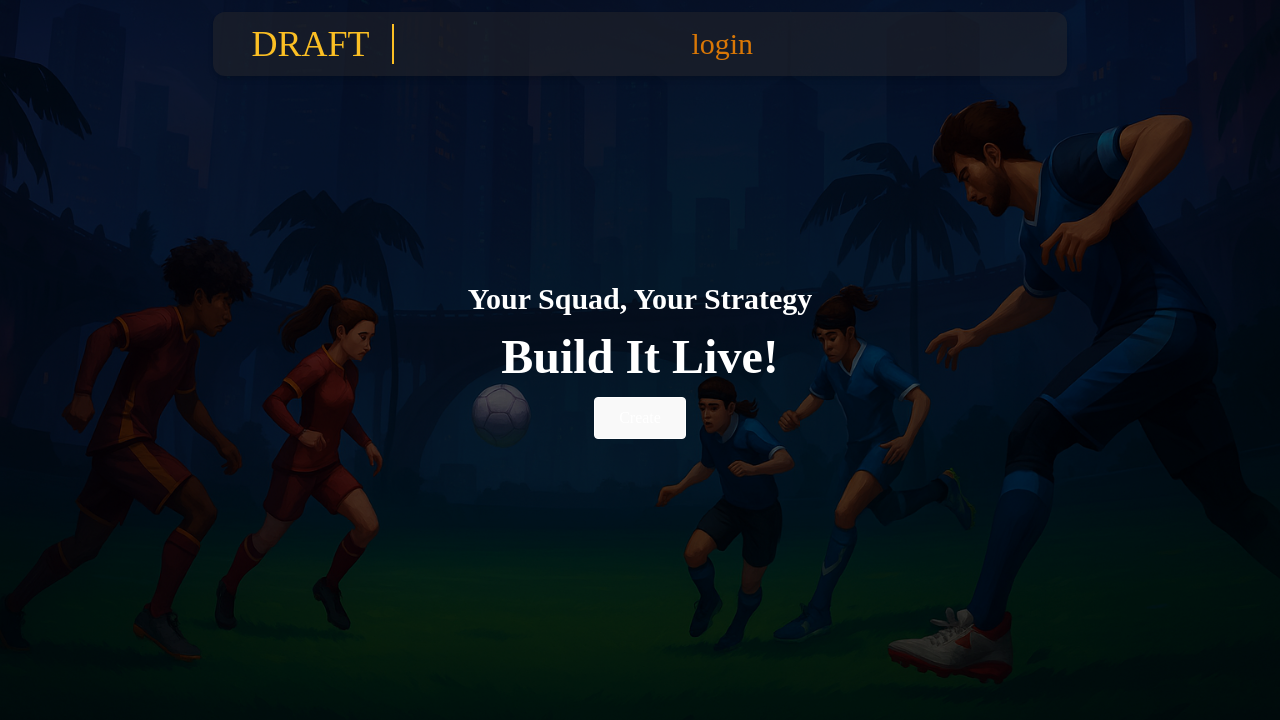
Repository: MehediMim/LeagueCrafter--Online-Auction-Platform-Project
Page: / (app in my-app/)
An editor plug-in stored every save of this project. The page is shown before and after the next save, followed by the edit.
The browser window is 1280 px wide. The pictures show the whole page.
Some web fonts or font styles are not loaded; a fallback is used. The project was rebuilt for these pictures with package versions that can differ from the ones it lists, and the page was loaded fresh each time. Also part of the build but not shown: my-app/vite.config.js, my-app/src/pages/Dashboard.jsx, my-app/src/pages/Login.jsx.

Above is the page before, as saved 2025-05-25 02:23:40.

### my-app/src/main.jsx
import { StrictMode } from 'react'
import { createRoot } from 'react-dom/client'
import React from 'react';
import ReactDOM from 'react-dom/client';
import './index.css'
import App from './App.jsx'
import { Auth0Provider } from '@auth0/auth0-react';
console.log("HELLO WORLD");
console.log('Domain:', import.meta.env.VITE_AUTH0_DOMAIN);
console.log('Client ID:', import.meta.env.VITE_AUTH0_CLIENT_ID);
console.log("HELLO WORLD");

ReactDOM.createRoot(document.getElementById('root')).render(
<React.StrictMode>
  <Auth0Provider
    domain={import.meta.env.VITE_AUTH0_DOMAIN}
    clientId={import.meta.env.VITE_AUTH0_CLIENT_ID}
    authorizationParams={{

      redirect_uri: window.location.origin,
      audience: import.meta.env.VITE_AUTH0_AUDIENCE
    }}
  >
    <App />
  </Auth0Provider>
</React.StrictMode>
);

### my-app/src/index.css
@import url('https://fonts.googleapis.com/css2?family=Bebas+Neue&display=swap');
@import url('https://fonts.googleapis.com/css2?family=Raleway:wght@400;700&display=swap');
@import url('https://fonts.googleapis.com/css2?family=Jaro&display=swap');
@import url('https://fonts.googleapis.com/css2?family=WDXL+Lubrifont+TC&display=swap');
@import url('https://fonts.googleapis.com/css2?family=Barrio&display=swap');

@tailwind base;
@tailwind components;
@tailwind utilities;



:root {
  font-family: system-ui, Avenir, Helvetica, Arial, sans-serif;
  line-height: 1.5;
  font-weight: 400;

  color-scheme: light dark;
  color: rgba(255, 255, 255, 0.87);
  background-color: #242424;

  font-synthesis: none;
  text-rendering: optimizeLegibility;
  -webkit-font-smoothing: antialiased;
  -moz-osx-font-smoothing: grayscale;
}

a {
  font-weight: 500;
  color: #646cff;
  text-decoration: inherit;
}
a:hover {
  color: #535bf2;
}

body {
  margin: 0;
  display: flex;
  place-items: center;
  min-width: 320px;
  min-height: 100vh;
}

h1 {
  font-size: 3.2em;
  line-height: 1.1;
}

button {
  border-radius: 8px;
  border: 1px solid transparent;
  padding: 0.6em 1.2em;
  font-size: 1em;
  font-weight: 500;
  font-family: inherit;
  background-color: #1a1a1a;
  cursor: pointer;
  transition: border-color 0.25s;
}
button:hover {
  border-color: #646cff;
}
button:focus,
button:focus-visible {
  outline: 4px auto -webkit-focus-ring-color;
}

@media (prefers-color-scheme: light) {
  :root {
    color: #213547;
    background-color: #ffffff;
  }
  a:hover {
    color: #747bff;
  }
  button {
    background-color: #f9f9f9;
  }
}

### my-app/src/App.jsx
import { BrowserRouter, Routes, Route } from "react-router-dom";
import Navbar from "./components/Navbar";
import Home from "./pages/Home";
import Dashboard from "./pages/Dashboard";
import Login from "./pages/Login";


export default function App() {
  return (
    <BrowserRouter>
      <Navbar />
      <Routes>
        <Route path="/" element={<Home />} />
        <Route path="/dashboard" element={<Dashboard />} />
        <Route path="/login" element={<Login />} />
        {/* <Route path="/auction" element={<AuctionRoom />} /> */}
        {/* <Route path="*" element={<NotFound />} /> */}
      </Routes>
    </BrowserRouter>
  );
}

### my-app/src/components/Navbar.jsx
import { Link } from "react-router-dom";
import { useAuth0 } from "@auth0/auth0-react";

export default function Navbar(params) {

  const { user, isAuthenticated, isLoading, loginWithRedirect, logout } = useAuth0();

  return (
    <div className="h-16 w-screen absolute top-3 z-50 flex justify-center">
      <div className="w-2/3 flex justify-center">
        <div className="bg-zinc-800 bg-opacity-50 shadow-md p-4 rounded-xl w-full flex items-center">
          {/* <div className="w-auto h-auto rounded-xl m-4 flex p-4"> */}
          <div className="w-1/4 border-r-2 border-amber-400 flex justify-center">
            <Link to="/"><h1 className="font-jaro text-4xl text-amber-400 hover:text-white">DRAFT</h1></Link>
          </div>
          <div className="w-full flex justify-evenly   items-center">
            {/* <Link to="/" className="text-amber-600 hover:text-white"><h1 className="text-3xl font-jaro">home</h1></Link> */}
            {/* <Link className="text-amber-600 hover:text-white"><h1 className="text-3xl font-jaro">registrations</h1></Link> */}
            {!isAuthenticated && <Link to="/login" className="text-amber-600 hover:text-white"><h1 className="text-3xl  font-jaro">login</h1></Link>}
            {isAuthenticated && <Link to="/dashboard" className="text-amber-600 hover:text-white"><h1 className="text-3xl  font-jaro">dashboard</h1></Link>}

          </div>
          {/* </div> */}
        </div>
        {isAuthenticated && <div className=" h-16 w-16  ml-3 group cursor-pointer relative">


          <div className="rounded-full border-amber-600 border-4 h-16 w-16">
            <img src={user.picture} className="rounded-full"></img>
          </div>

          <div className="absolute top-10 left-36 -translate-x-1/2  bg-zinc-800 text-white rounded-xl p-4 shadow-lg hidden group-hover:block z-50">
            <p className="text-lg font-bold font-raleway text-left">{user.name}</p>
            <p className="text-lg  font-kanit text-center font-raleway">{user.email}</p>
            <button
              onClick={() => logout({ returnTo: window.location.origin })}
              className="mt-3 w-full px-4 py-2 text-smbg rounded hover:bg-white  hover:text-black transition font-kanit"
            >
              Logout
            </button>
          </div>


        </div>
        }
      </div>
    </div>
  )
};

### my-app/src/pages/Home.jsx
import bg from "../assets/bg1.png"

export default function Home() {
  return (
    <div className="relative w-screen h-screen overflow-hidden">
      {/* Background Image Layer */}
      <div className="absolute inset-0 z-0">
        <img src={bg} className="w-full h-full object-cover" alt="Background" />
        <div className="absolute inset-0 bg-black opacity-55" />
      </div>

      {/* Foreground Content */}
      <div className="relative z-10 flex justify-center items-center h-full w-full">
        <div className="text-center text-white space-y-4">
          <h1 className="text-3xl font-barrio font-bold">
            Your Squad, Your Strategy
          </h1>
          <h1 className="text-5xl font-barrio font-bold">
            Build It Live!
          </h1>
          <button className="font-jaro px-6 py-2 text-white hover:bg-white hover:text-black border border-white rounded">
            Create
          </button>
        </div>
      </div>
    </div>
  );
}

### my-app/tailwind.config.js
/** @type {import('tailwindcss').Config} */
export default {
  content: [
    "./index.html",
    "./src/**/*.{js,ts,jsx,tsx}",
  ],
  theme: {
    extend: {
      fontFamily: {
        bebas: ['"Bebas Neue"', 'cursive'],
        raleway: ['Raleway', 'sans-serif'],
        jaro: ['Jaro', 'cursive'],
        lubrifont: ['Lubrifont', 'sans-serif'],
        barrio: ['Barrio', 'normal'],
      },
    },
  },
  plugins: [],
}

Loaded but not shown: my-app/index.html (common file)

After the next save:
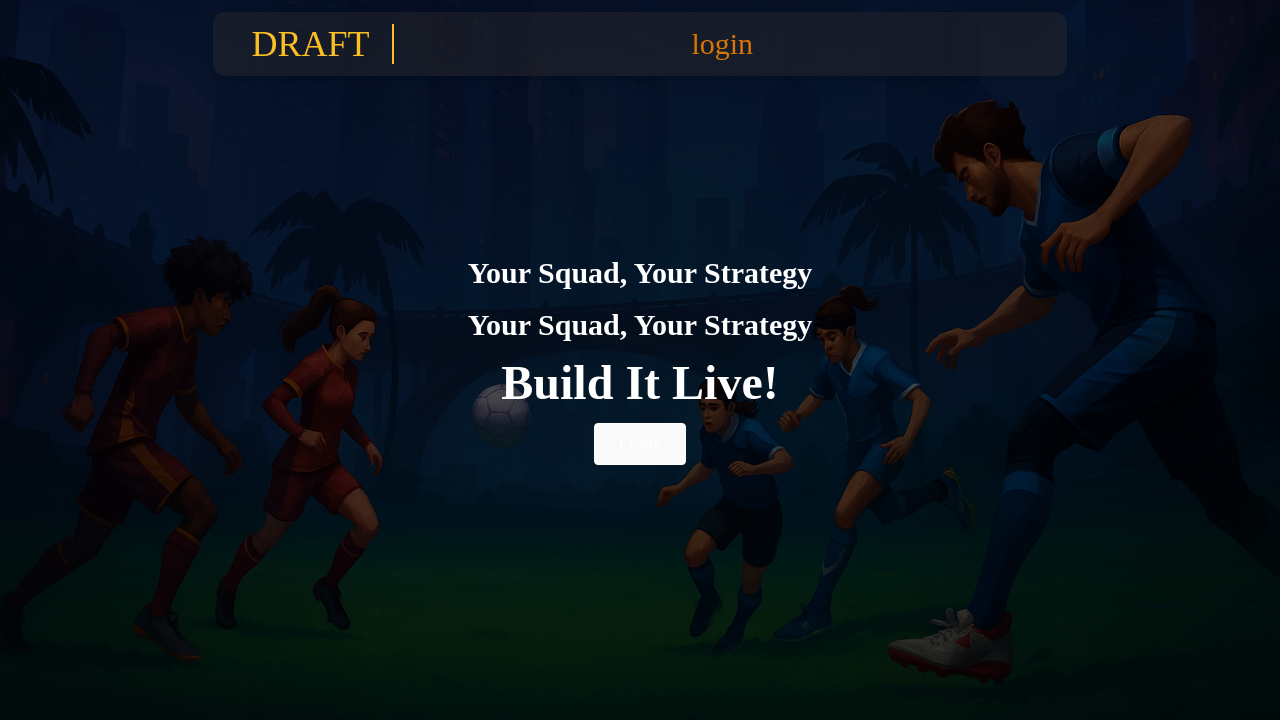
Saved 4 min 6 s later.
--- a/my-app/src/pages/Home.jsx
+++ b/my-app/src/pages/Home.jsx
@@ -15,6 +15,9 @@ export default function Home() {
           <h1 className="text-3xl font-barrio font-bold">
             Your Squad, Your Strategy
           </h1>
+          <h1 className="text-3xl font-barrio font-bold">
+            Your Squad, Your Strategy
+          </h1>
           <h1 className="text-5xl font-barrio font-bold">
             Build It Live!
           </h1>
